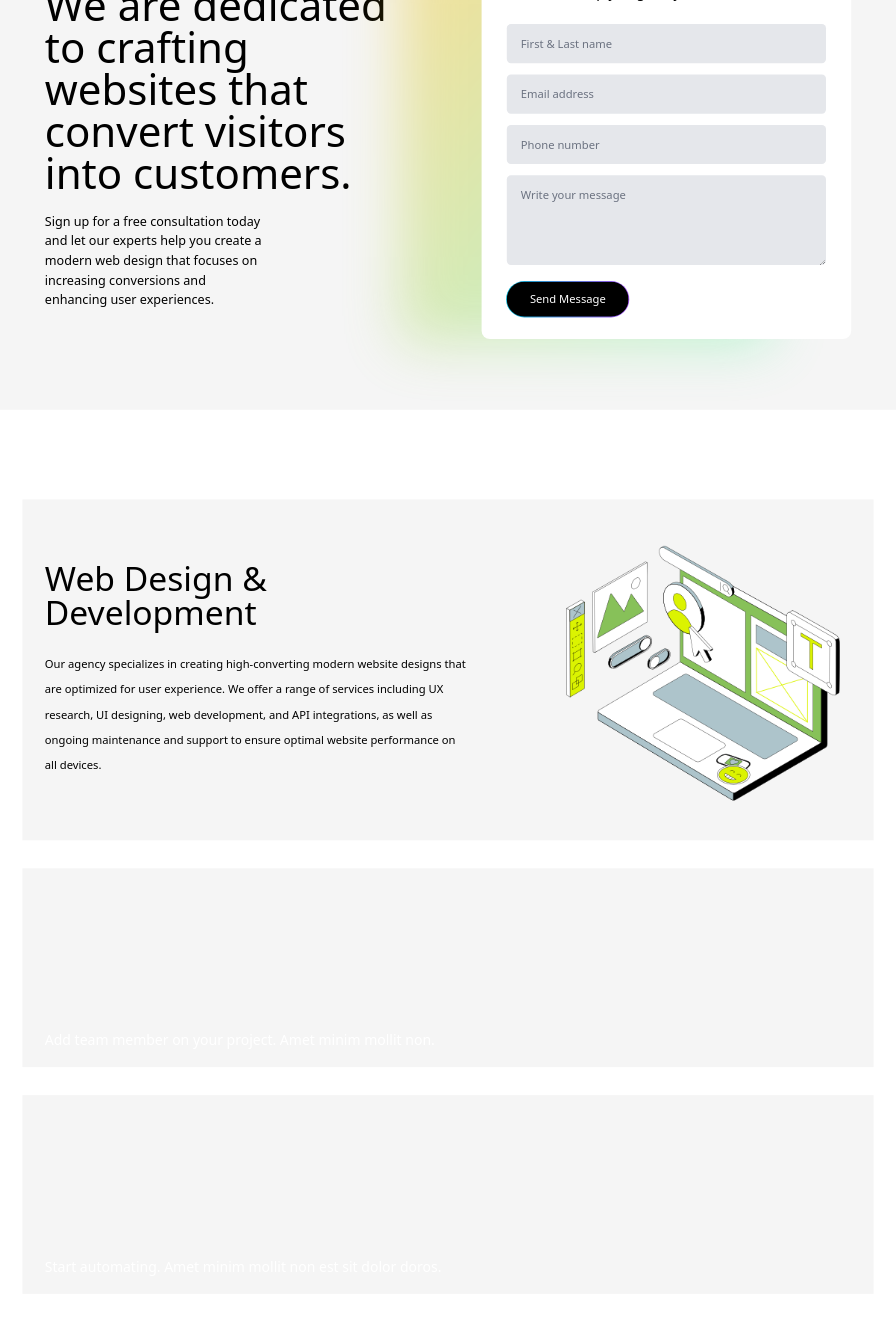
Repository: ornelasedward/mired_website
Page: /
The author's editor kept a copy of each file at every save. The page is drawn from the files as they stood at one save, then again after the next save.
The browser window is 1280 px wide. The pictures show the part of the page from y = 1449 to 3369 px (the page is 3425 px tall), at 70% of full size.
The project was rebuilt for these pictures with package versions that can differ from the ones it lists, and the page was loaded fresh each time. The framework's server and built-in components were replaced by stand-ins that run in the browser. Also part of the build but not shown: next.config.js.

Above is the page before, as saved 2023-03-28 20:22:04.

After the next save:
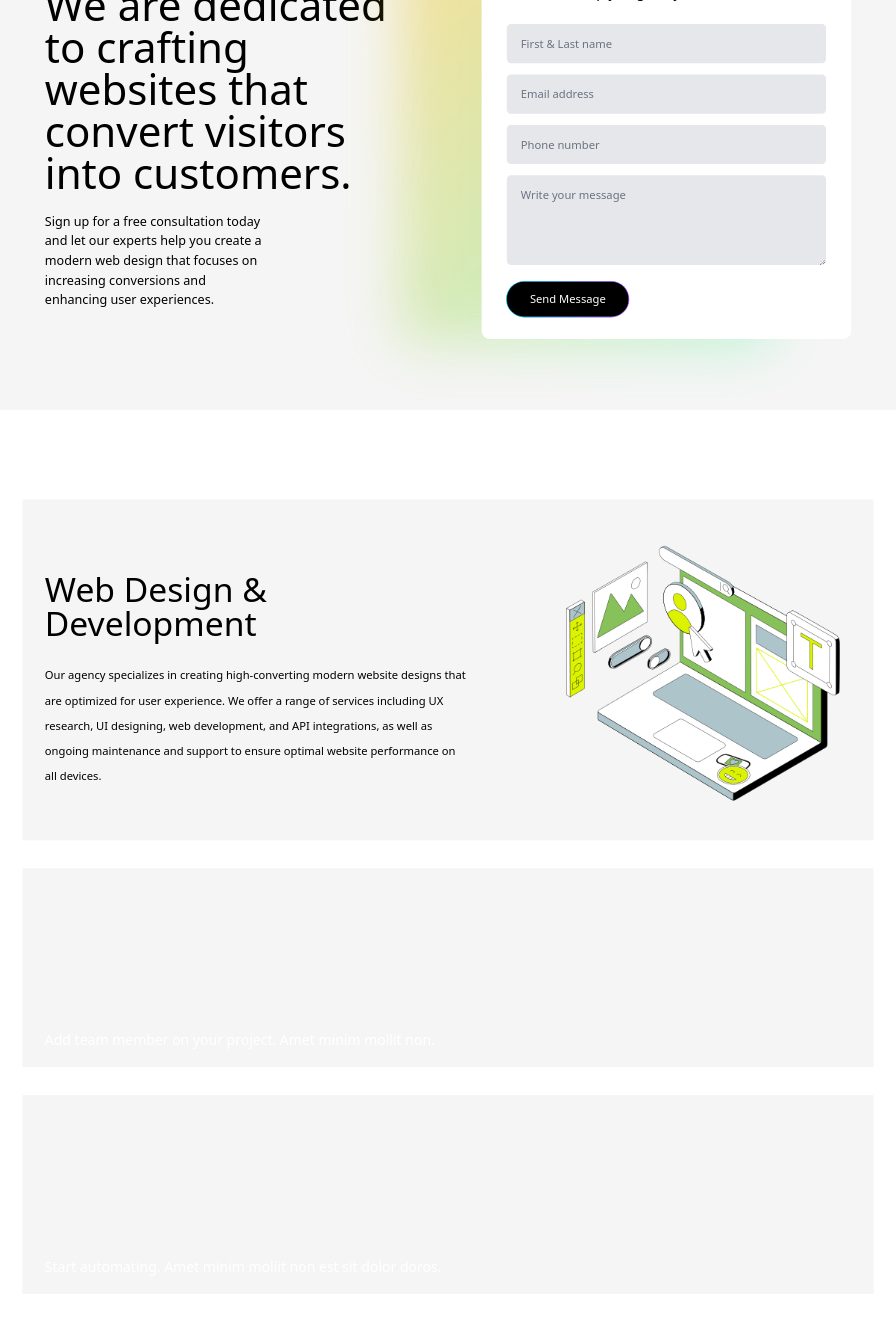
Saved 6 s later.
--- a/components/Services.tsx
+++ b/components/Services.tsx
@@ -9,7 +9,7 @@
           <div className="bg-[#F5F5F5]">
             <div className="grid md:grid-cols-5 grid-cols-1">
               <div className="col-span-3 flex items-center max-w-2xl">
-                <div className="px-8 py-8 flex flex-col lg:gap-8 gap-6 lg:max-w-2xl">
+                <div className="px-8 pt-8 flex flex-col lg:gap-8 gap-6 lg:max-w-2xl">
                   <h1 className="xl:text-5xl lg:text-4xl text-2xl font-normal text-black">
                     Web Design & Development
                   </h1>
